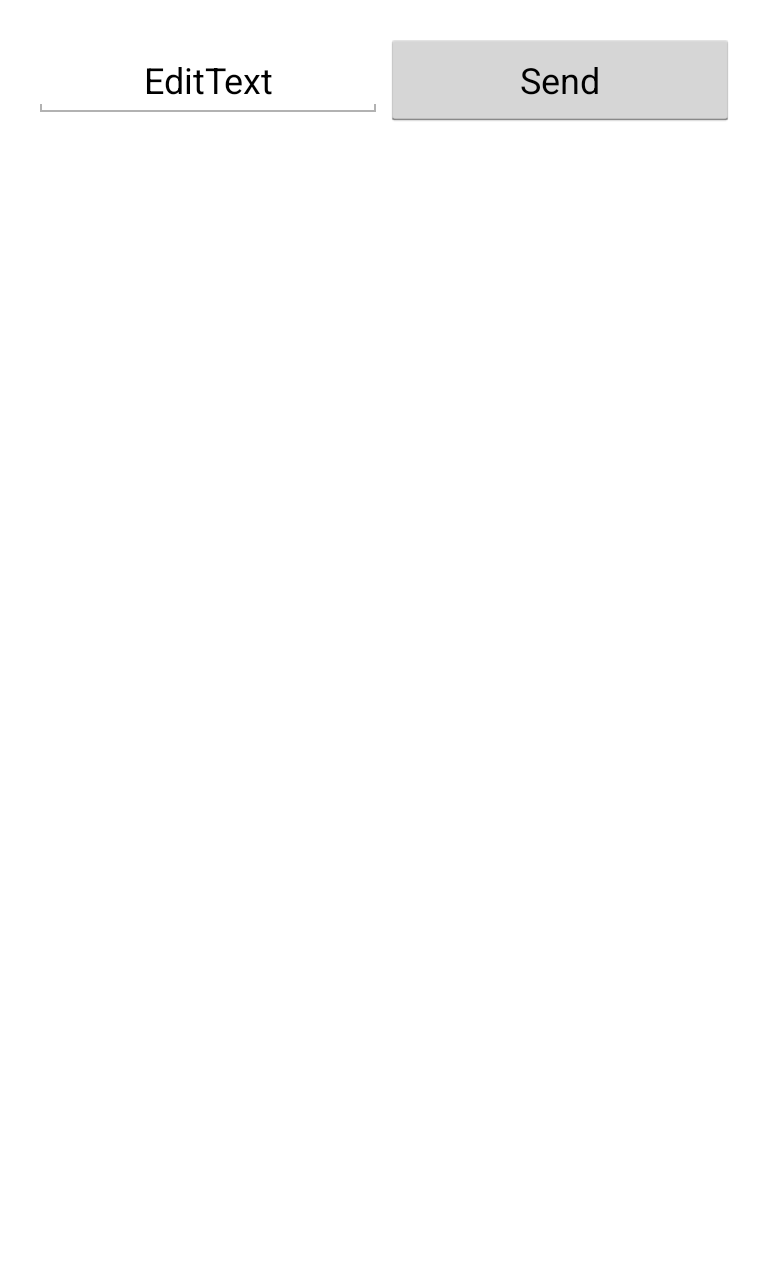
Repository: jinpp/Android
Layout: UILayoutTest/res/layout/activity_main.xml
These files come from the project's save history. The layout is drawn as it stood at one moment and after the next save; the edit follows.
It is drawn on a 768 x 1280 px phone screen (xhdpi) without system bars, with theme AppTheme; the app's code is not run.

Above is the layout before, as saved 2016-11-16 06:46:03.

### UILayoutTest/res/layout/activity_main.xml
<LinearLayout xmlns:android="http://schemas.android.com/apk/res/android"
    xmlns:tools="http://schemas.android.com/tools"
    android:layout_width="match_parent"
    android:layout_height="match_parent"
    android:orientation="horizontal"
    android:paddingBottom="@dimen/activity_vertical_margin"
    android:paddingLeft="@dimen/activity_horizontal_margin"
    android:paddingRight="@dimen/activity_horizontal_margin"
    android:paddingTop="@dimen/activity_vertical_margin"
    tools:context=".MainActivity" >

    <EditText
        android:id="@+id/inputmess"
        android:layout_width="0dp"
        android:layout_height="wrap_content"
        android:layout_weight="1"
        android:gravity="center"
        android:hint="Type something"
        android:text="EditText" />

    <Button
        android:id="@+id/button1"
        android:layout_width="0dp"
        android:layout_height="wrap_content"
        android:layout_weight="1"
        android:text="Send" />
    <!--
    <Button
        android:id="@+id/button1"
        android:layout_width="wrap_content"
        android:layout_height="wrap_content"
        android:layout_gravity="top"
        android:text="Button1" />

    <Button
        android:id="@+id/button2"
        android:layout_width="wrap_content"
        android:layout_height="wrap_content"
        android:layout_gravity="center"
        android:text="Button2" />

    <Button
        android:id="@+id/button3"
        android:layout_width="wrap_content"
        android:layout_height="wrap_content"
        android:layout_gravity="bottom"
        android:text="Button3" />




    -->

</LinearLayout>

Loaded but not shown: UILayoutTest/res/values/styles.xml (common file); UILayoutTest/res/values-v11/styles.xml (common file); UILayoutTest/res/values-v14/styles.xml (common file); UILayoutTest/res/values/dimens.xml (common file)

After the next save:
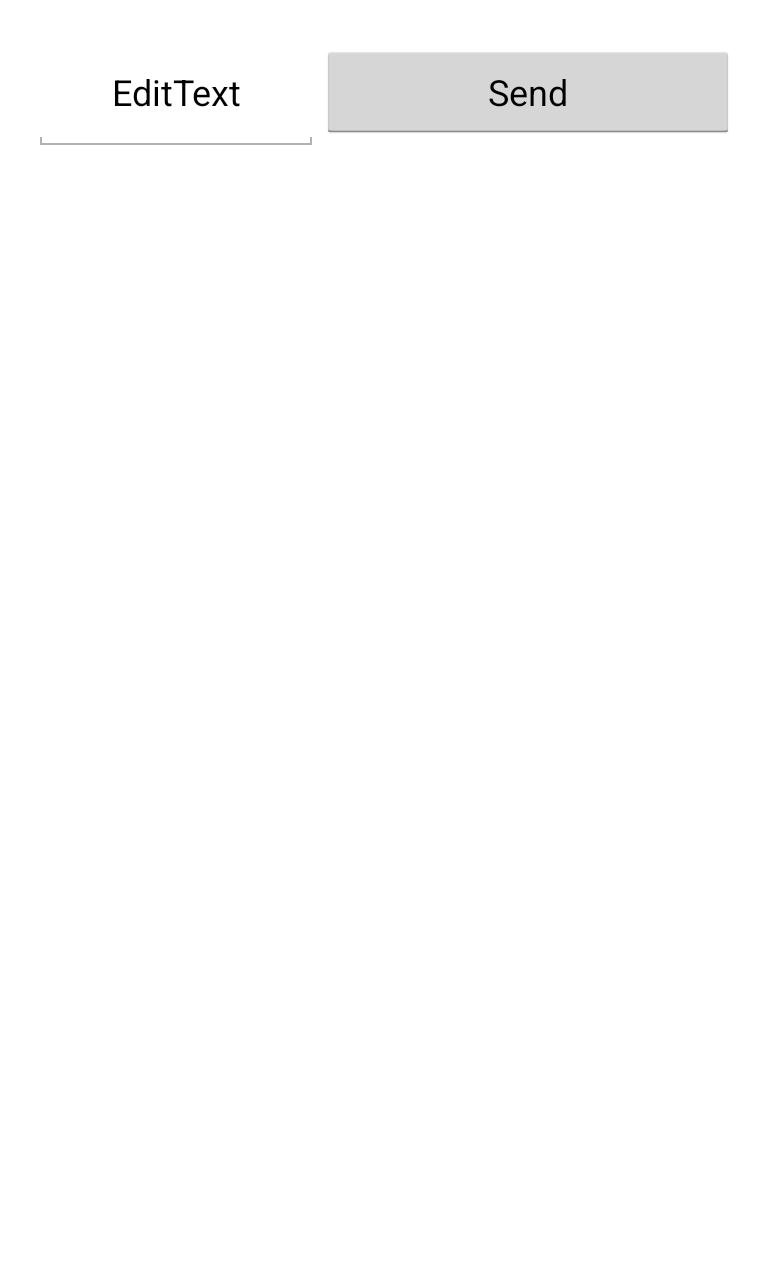
Saved 29 s later.
--- a/UILayoutTest/res/layout/activity_main.xml
+++ b/UILayoutTest/res/layout/activity_main.xml
@@ -20,7 +20,7 @@
 
     <Button
         android:id="@+id/button1"
-        android:layout_width="0dp"
+        android:layout_width="wrap_content"
         android:layout_height="wrap_content"
         android:layout_weight="1"
         android:text="Send" />
